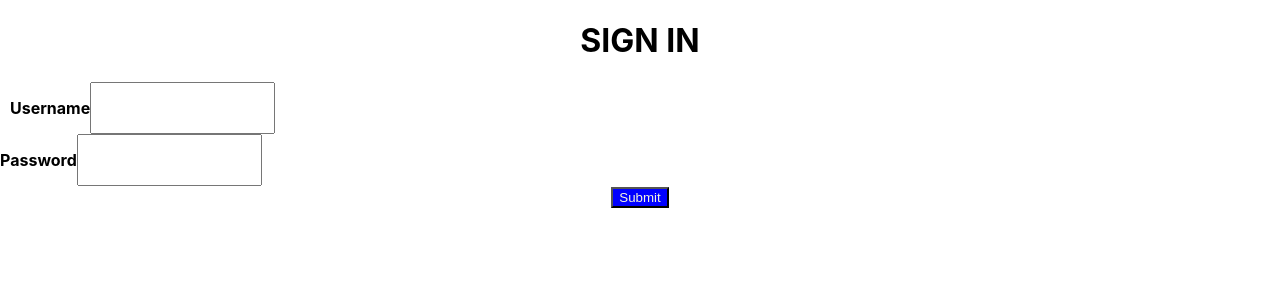
Repository: PreetiToppo/networking
Page: /
An editor plug-in stored every save of this project. The page is shown before and after the next save, followed by the edit.
The browser window is 1280 px wide. The pictures show the whole page.
The project was rebuilt for these pictures with package versions that can differ from the ones it lists, and the page was loaded fresh each time.

Above is the page before, as saved 2023-01-21 19:44:28.

After the next save:
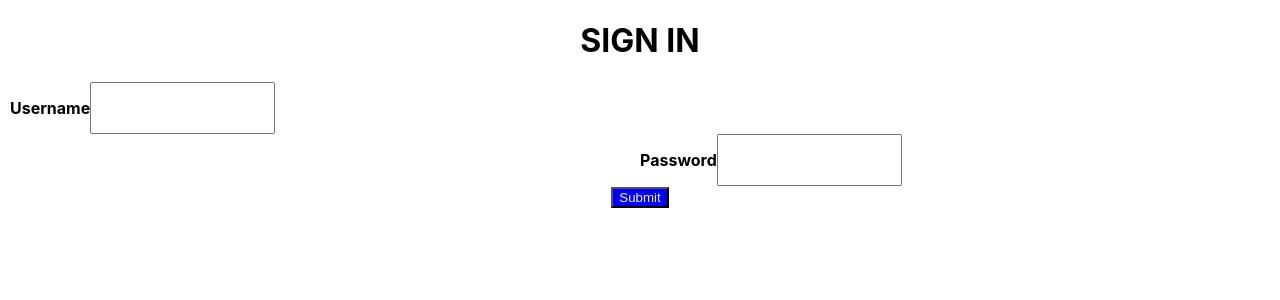
Saved 5 s later.
--- a/src/App.css
+++ b/src/App.css
@@ -8,7 +8,7 @@
 
 .pass {
   display: flex;
-  margin-left: 50%px;
+  margin-left: 50%;
 }
 
 p{
